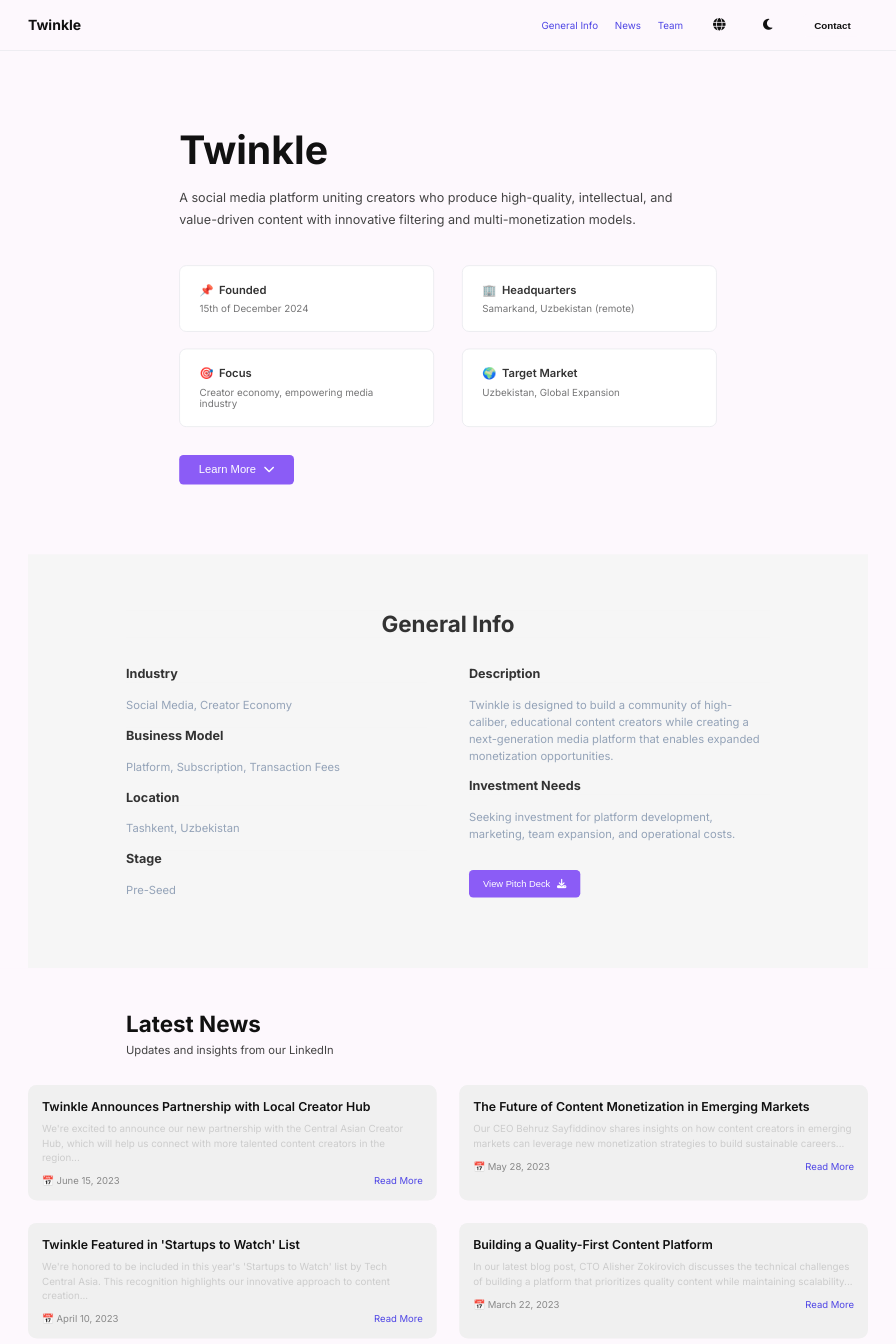
Repository: techboy-33/Twinkle-web
Page: index.html
These files come from the project's save history. The page is drawn as it stood at one moment and after a run of saves; the edit follows.
The browser window is 1280 px wide. The pictures show the part of the page from y = 0 to 1920 px (the page is 4285 px tall), at 70% of full size.
Empty fields were first filled with sample values (such as "Sample", 5 or name@example.com).
After loading, the first visible `#theme-toggle` was clicked once.

Above is the page before, as saved 2025-05-15 12:12:26.

### index.html
<!DOCTYPE html>
<html lang="en">

<head>
    <meta charset="UTF-8" />
    <meta name="viewport" content="width=device-width, initial-scale=1.0" />
    <title>Twinkle</title>
    <link href="styles.css" rel="stylesheet" />
    <link href="https://fonts.googleapis.com/css2?family=Inter:wght@400;600;700&display=swap" rel="stylesheet">
    <link rel="stylesheet" href="https://cdnjs.cloudflare.com/ajax/libs/font-awesome/6.5.0/css/all.min.css">
    <link rel="stylesheet" href="./base.css">
    <link rel="stylesheet" href="./responsive.css">
</head>

<body>
    <header class="navbar">
        <div class="container nav-inner">
            <div class="logo">Twinkle</div>
            <div class="nav-right">
                <nav class="nav-links">
                    <a href="#">General Info</a>
                    <a href="#">News</a>
                    <a href="#">Team</a>
                </nav>
                <div class="nav-icons">
                    <button class="icon-btn">
                        <i class="fa-solid fa-globe"></i>
                    </button>
                    <button class="icon-btn" id="theme-toggle">
                        <i class="fa-solid fa-sun"></i>
                    </button>
                    <button class="icon-btn contact-btn">Contact</button>
                    <button class="hamburger-menu" id="menu-toggle">
                        <i class="fa-solid fa-bars"></i>
                    </button>
                </div>
            </div>
        </div>
    </header>
    <section class="hero">
        <div class="hero-inner">
            <h1>Twinkle</h1>
            <p class="subtitle">
                A social media platform uniting creators who produce high-quality, intellectual, and value-driven
                content with innovative filtering and multi-monetization models.
            </p>

            <div class="info-grid">
                <div class="info-card">
                    <h3>Founded</h3>
                    <p>15th of December 2024</p>
                </div>
                <div class="info-card">
                    <h3>Headquarters</h3>
                    <p>Samarkand, Uzbekistan (remote)</p>
                </div>
                <div class="info-card">
                    <h3>Focus</h3>
                    <p>Creator economy, empowering media industry</p>
                </div>
                <div class="info-card">
                    <h3>Target Market</h3>
                    <p>Uzbekistan, Global Expansion</p>
                </div>
            </div>

            <button class="learn-btn">Learn More
                <i class="fa-solid fa-chevron-down"></i>
            </button>
        </div>
    </section>
    <main class="container">
        <section class="general-info">
            <h2>General Info</h2>
            <div class="info-columns">
                <div class="left">
                    <div>
                        <p class="strong">Industry</p>
                        <p>Social Media, Creator Economy</p>
                    </div>
                    <div>
                        <p class="strong">Business Model</p>
                        <p>Platform, Subscription, Transaction Fees</p>
                    </div>
                    <div>
                        <p class="strong">Location</p>
                        <p>Tashkent, Uzbekistan</p>
                    </div>
                    <div>
                        <p class="strong">Stage</p>
                        <p>Pre-Seed</p>
                    </div>
                </div>
                <div class="right">
                    <div>
                        <p class="strong">Description</p>
                        <p>Twinkle is designed to build a community of high-caliber, educational content creators while
                            creating a next-generation media platform that enables expanded monetization opportunities.
                        </p>
                    </div>
                    <div>
                        <p class="strong">Investment Needs</p>
                        <p>Seeking investment for platform development, marketing, team expansion, and operational
                            costs.
                        </p>
                    </div>
                    <button class="pitch-btn">View Pitch Deck
                        <i class="fa-solid fa-download"></i>
                    </button>
                </div>
            </div>
        </section>
    </main>
    <section class="news-section">
        <div class="container">
            <h2 class="news-title">Latest News</h2>
            <p class="news-subtitle">Updates and insights from our LinkedIn</p>

            <div class="news-grid">
                <!-- News Card 1 -->
                <div class="news-card">
                    <h3>Twinkle Announces Partnership with Local Creator Hub</h3>
                    <p>We're excited to announce our new partnership with the Central Asian Creator Hub, which will help
                        us connect with more talented content creators in the region...</p>
                    <div class="news-meta">
                        <span>📅 June 15, 2023</span>
                        <a href="#">Read More</a>
                    </div>
                </div>

                <!-- News Card 2 -->
                <div class="news-card">
                    <h3>The Future of Content Monetization in Emerging Markets</h3>
                    <p>Our CEO Behruz Sayfiddinov shares insights on how content creators in emerging markets can
                        leverage new monetization strategies to build sustainable careers...</p>
                    <div class="news-meta">
                        <span>📅 May 28, 2023</span>
                        <a href="#">Read More</a>
                    </div>
                </div>

                <!-- News Card 3 -->
                <div class="news-card">
                    <h3>Twinkle Featured in 'Startups to Watch' List</h3>
                    <p>We're honored to be included in this year's 'Startups to Watch' list by Tech Central Asia. This
                        recognition highlights our innovative approach to content creation...</p>
                    <div class="news-meta">
                        <span>📅 April 10, 2023</span>
                        <a href="#">Read More</a>
                    </div>
                </div>

                <!-- News Card 4 -->
                <div class="news-card">
                    <h3>Building a Quality-First Content Platform</h3>
                    <p>In our latest blog post, CTO Alisher Zokirovich discusses the technical challenges of building a
                        platform that prioritizes quality content while maintaining scalability...</p>
                    <div class="news-meta">
                        <span>📅 March 22, 2023</span>
                        <a href="#">Read More</a>
                    </div>
                </div>
            </div>

            <div class="view-all-wrapper">
                <button class="view-all-btn">View All Updates ⤵</button>
            </div>
        </div>
    </section>
    <section class="team-section">
        <div class="container">
            <h2 class="team-title">Our Team</h2>
            <p class="team-subtitle">Meet the passionate minds behind Twinkle</p>

            <div class="team-grid">
                <!-- Team Members -->
                <div class="team-card">
                    <img src="https://encrypted-tbn0.gstatic.com/images?q=tbn:ANd9GcR9CMIiPoEBXCQ0sEX700hf1_gQ1kkmD3HA4w&s"
                        alt="Behruz">
                    <h3>Behruz Sayfiddinov</h3>
                    <p class="role">Co-founder & CEO</p>
                    <p class="desc">Background in startups, business development & media.</p>
                    <div class="icons">
                        <a href="#"><i class="fas fa-envelope"></i></a>
                        <a href="#"><i class="fab fa-linkedin-in"></i></a>
                    </div>
                </div>

                <div class="team-card">
                    <img src="https://encrypted-tbn0.gstatic.com/images?q=tbn:ANd9GcR9CMIiPoEBXCQ0sEX700hf1_gQ1kkmD3HA4w&s"
                        alt="Alisher">
                    <h3>Alisher Zokirovich</h3>
                    <p class="role">Founder & CTO</p>
                    <p class="desc">Responsible for tech development and product vision.</p>
                    <div class="icons">
                        <a href="#"><i class="fas fa-envelope"></i></a>
                        <a href="#"><i class="fab fa-linkedin-in"></i></a>
                    </div>
                </div>

                <div class="team-card">
                    <img src="https://encrypted-tbn0.gstatic.com/images?q=tbn:ANd9GcR9CMIiPoEBXCQ0sEX700hf1_gQ1kkmD3HA4w&s"
                        alt="Member">
                    <h3>Le Minh Hoan</h3>
                    <p class="role">Frontend Developer</p>
                    <p class="desc">Creating seamless user experiences and interfaces.</p>
                    <div class="icons">
                        <a href="#"><i class="fas fa-envelope"></i></a>
                        <a href="#"><i class="fab fa-linkedin-in"></i></a>
                    </div>
                </div>

                <div class="team-card">
                    <img src="https://encrypted-tbn0.gstatic.com/images?q=tbn:ANd9GcR9CMIiPoEBXCQ0sEX700hf1_gQ1kkmD3HA4w&s"
                        alt="Member">
                    <h3>Doston Imomaliyev</h3>
                    <p class="role">Backend Developer</p>
                    <p class="desc">Building robust backend systems.</p>
                    <div class="icons">
                        <a href="#"><i class="fas fa-envelope"></i></a>
                        <a href="#"><i class="fab fa-linkedin-in"></i></a>
                    </div>
                </div>

                <div class="team-card">
                    <img src="https://encrypted-tbn0.gstatic.com/images?q=tbn:ANd9GcR9CMIiPoEBXCQ0sEX700hf1_gQ1kkmD3HA4w&s"
                        alt="Member">
                    <h3>Xojiakbar Sobirjonov</h3>
                    <p class="role">UX/UI Designer</p>
                    <p class="desc">Creating intuitive and beautiful user experiences.</p>
                    <div class="icons">
                        <a href="#"><i class="fas fa-envelope"></i></a>
                        <a href="#"><i class="fab fa-linkedin-in"></i></a>
                    </div>
                </div>
            </div>
        </div>
    </section>
    <section class="find-us-section">
        <div class="container">
            <h2 class="find-us-title">You can <span>Find Us</span></h2>
            <p class="find-us-subtitle">Connect with Twinkle across various platforms</p>
            <div class="find-us-grid">
                <div class="find-us-card linkedin">
                    <i class="fab fa-linkedin-in"></i>
                    <h3>LinkedIn</h3>
                    <p>linkedin.com/company/twinkle-uz</p>
                </div>
                <div class="find-us-card startup-base">
                    <i class="fas fa-globe"></i>
                    <h3>Startup Base</h3>
                    <p>startupbase.uz/en/startups/39</p>
                </div>
                <div class="find-us-card amazon">
                    <i class="fas fa-seedling"></i>
                    <h3>Amazon Startups</h3>
                    <p>AWS Startup Showcase</p>
                </div>
                <div class="find-us-card instagram">
                    <i class="fab fa-instagram"></i>
                    <h3>Instagram</h3>
                    <p>instagram.com/twinkle_uzbekistan</p>
                </div>
                <div class="find-us-card telegram">
                    <i class="fab fa-telegram-plane"></i>
                    <h3>Telegram</h3>
                    <p>t.me/twinkle_uzbekistan</p>
                </div>
            </div>
        </div>
    </section>
    <section class="contact-section">
        <div class="container contact-container">
            <h2 class="contact-title">Contact Us</h2>
            <p class="contact-description">
                Interested in learning more about Twinkle or discussing investment opportunities? We’d love to hear from
                you.
            </p>

            <div class="contact-methods">
                <div class="contact-box">
                    <i class="fas fa-envelope"></i>
                    <p>info@twinkle.com</p>
                </div>
                <div class="contact-box">
                    <i class="fab fa-linkedin-in"></i>
                    <p>LinkedIn</p>
                </div>
            </div>

            <form class="contact-form">
                <div class="form-row">
                    <input type="text" placeholder="Name" required />
                    <input type="email" placeholder="Email" required />
                </div>
                <input type="text" placeholder="Subject" required />
                <textarea placeholder="Message" rows="5" required></textarea>
                <button type="submit" class="send-btn">Send Message</button>
            </form>
        </div>

    </section>
    <footer class="contact-footer">
        <p class="footer-brand">Twinkle</p>
        <p class="footer-rights">© 2025 Twinkle, Inc. All rights reserved.</p>
    </footer>
    <script src="./js.js"></script>
</body>

</html>

### base.css
body.light-mode {
  background-color: #fdf8fd;
  color: #111111;
}

body.light-mode .logo {
  color: #111111 !important;
}

body.light-mode .navbar {
  border-bottom: 1px solid #e5e7eb;
}

body.light-mode .general-info,
body.light-mode .general-info h2,
body.light-mode .strong {
  background-color: #f6f6f6;
  color: #333 !important;
}

body.light-mode .navbar,
body.light-mode .hero,
body.light-mode .icon-btn,
body.light-mode .hamburger-menu,
body.light-mode .text-muted-foreground,
body.light-mode .news-section,
body.light-mode .team-section,
body.light-mode .find-us-section,
body.light-mode .contact-section,
body.light-mode .contact-footer {
  background-color: #fdf8fd !important;
  color: #111111 !important;
}

body.light-mode .info-card {
  border: none;
  background-color: #ffffff !important;
  border: 1px solid #e5e7eb !important;
}
body.light-mode .info-card h3{
  color: #333;
}
body.light-mode .info-card p{
  color: #757576;
}

body.light-mode .news-card,
body.light-mode .team-card,
body.light-mode .find-us-card,
body.light-mode .contact-box,
body.light-mode .contact-form input,
body.light-mode .contact-form textarea {
  background-color: #f0f0f0 !important;
  color: #111111 !important;
}

body.light-mode a {
  color: #4f46e5;
}

body.light-mode .subtitle,
body.light-mode .news-subtitle,
body.light-mode .team-subtitle,
body.light-mode .desc,
body.light-mode .find-us-card p,
body.light-mode .contact-description {
  color: #444 !important;
}

### responsive.css
@media (max-width: 768px) {

    .navbar {
        width: 100vw;
        overflow-x: hidden;
    }

    .nav-links,
    .contact-btn {
        display: none;
    }

    .hamburger-menu {
        display: block;
        background-color: #0f172a;
        color: #d1d5db;
        border: none;
        font-size: 18px;
    }

    .nav-inner {
        max-width: 1200px;
        width: 100%;
        padding: 0 26px;
        margin: 0 auto;
        display: flex;
        justify-content: space-between;
        align-items: center;
    }

    .nav-right {
        gap: 12px;
    }

    .nav-icons {
        display: flex;
        align-items: center;
        justify-content: flex-end;
        gap: 16px;
    }


    .nav-open .nav-links {
        display: flex;
        flex-direction: column;
        background-color: #1e293b;
        position: absolute;
        top: 70px;
        right: 20px;
        padding: 12px;
        border-radius: 8px;
        gap: 12px;
        z-index: 1001;
    }

    .nav-open .contact-btn {
        display: block;
        width: 100%;
    }

    /* hero */
    .hero {
        padding: 80px 0;
    }

    .hero-inner {
        padding: 0 26px;
    }

    .hero-inner h1 {
        font-size: 36px;
    }

    .subtitle {
        font-size: 16px;
        max-width: 100%;
        margin-bottom: 40px;
    }

    .info-grid {
        grid-template-columns: 1fr;
        gap: 20px;
    }

    .info-card {
        padding: 20px;
    }

    .learn-btn {
        font-size: 14px;
        padding: 10px 24px;
    }

    /* General  Info Section */
    .general-info {
        padding: 60px 26px 70px 26px;
    }

    .general-info h2 {
        font-size: 26px;
        margin: 10px 0 60px 0;
    }

    .info-columns {
        flex-direction: column;
        gap: 40px;
    }

    .info-columns .left,
    .info-columns .right {
        flex: none;
        width: 100%;
    }

    .info-columns p {
        font-size: 15px;
        line-height: 22px;
    }

    .info-columns p strong {
        margin-bottom: 10px;
    }

    .pitch-btn {
        margin: 26px 0;
    }

    /* new section */
    .news-section {
        padding: 60px 26px;
    }

    .news-title,
    .news-subtitle {
        padding-left: 0;
    }

    .news-title {
        font-size: 1.5rem;
        margin: 20px 0;
    }

    .news-subtitle {
        font-size: 0.95rem;
        margin-bottom: 60px;
    }

    .news-grid {
        grid-template-columns: 1fr;
        gap: 20px;
    }

    .news-card {
        padding: 16px;
    }

    .news-card h3 {
        font-size: 1rem;
    }

    .news-card p {
        font-size: 13px;
    }

    .news-meta {
        flex-direction: column;
        align-items: flex-start;
        gap: 6px;
    }

    .view-all-btn {
        width: 50%;
        padding: 12px;
        font-size: 15px;
    }

    /* Teams section*/
    .team-title {
        margin-bottom: 20px;
    }

    /* Find Us */
    .find-us-title {
        margin-bottom: 20px;
    }

    .find-us-grid {
        justify-content: center;
    }

    /* Contact */
    .contact-form {
        width: 100%;
        padding: 0 16px;
    }
    .contact-section {
        padding: 60px 20px 60px 20px;
    }

    .form-row {
        flex-direction: column;
        gap: 10px;
    }

    .contact-form input,
    .contact-form textarea {
        font-size: 1rem;
        padding: 12px;
    }

    .send-btn {
        margin-top: 20px;
    }
}

Loaded but not shown: js.js (15 lines, source omitted); styles.css (596 lines, source omitted)

After the next 2 saves:
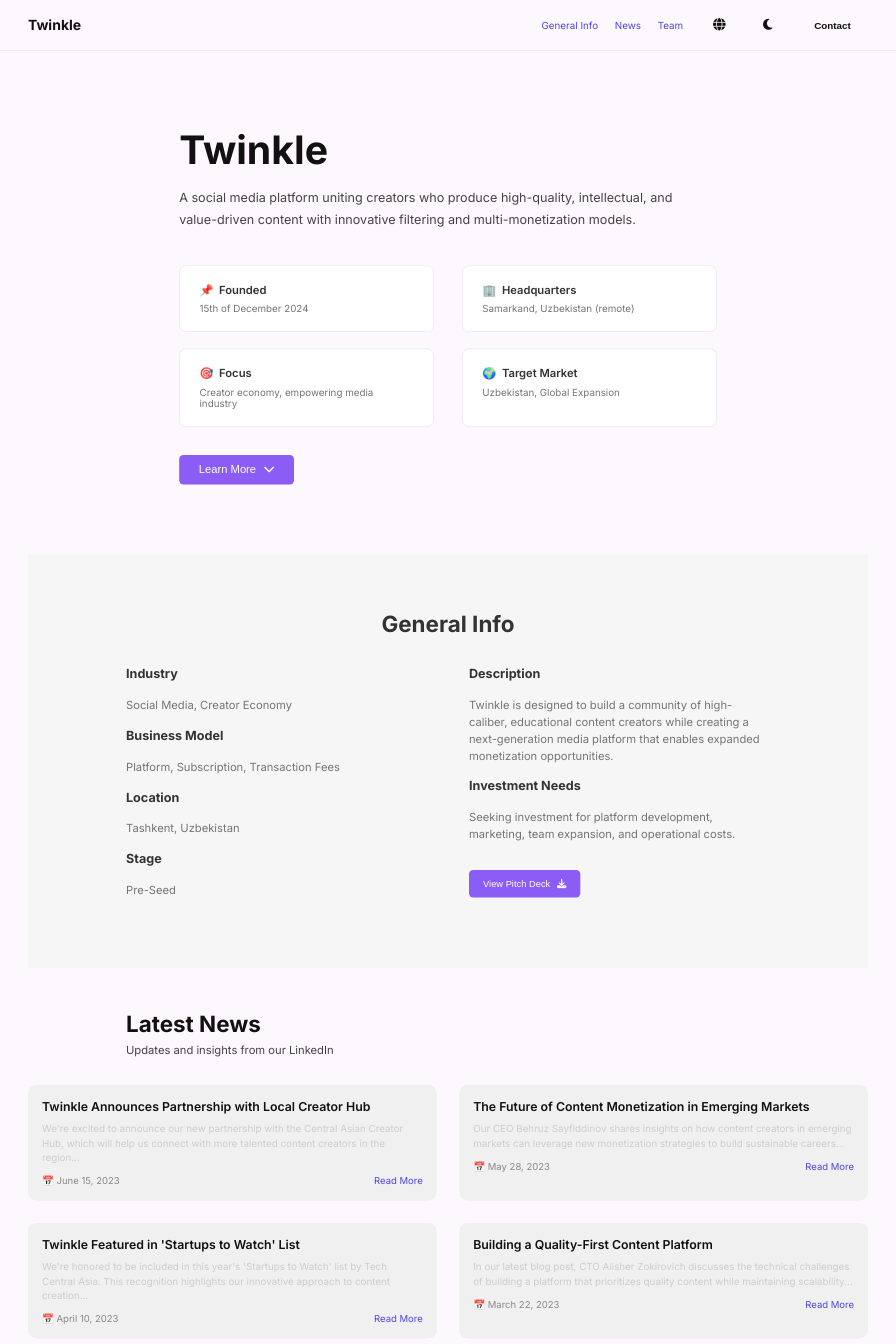
The 2 saves are shown as one change because they came seconds apart.
The last was saved 117 s later.
--- a/base.css
+++ b/base.css
@@ -16,6 +16,10 @@
 body.light-mode .strong {
   background-color: #f6f6f6;
   color: #333 !important;
+}
+
+body.light-mode .general-info p {
+  color: #757576;
 }
 
 body.light-mode .navbar,
